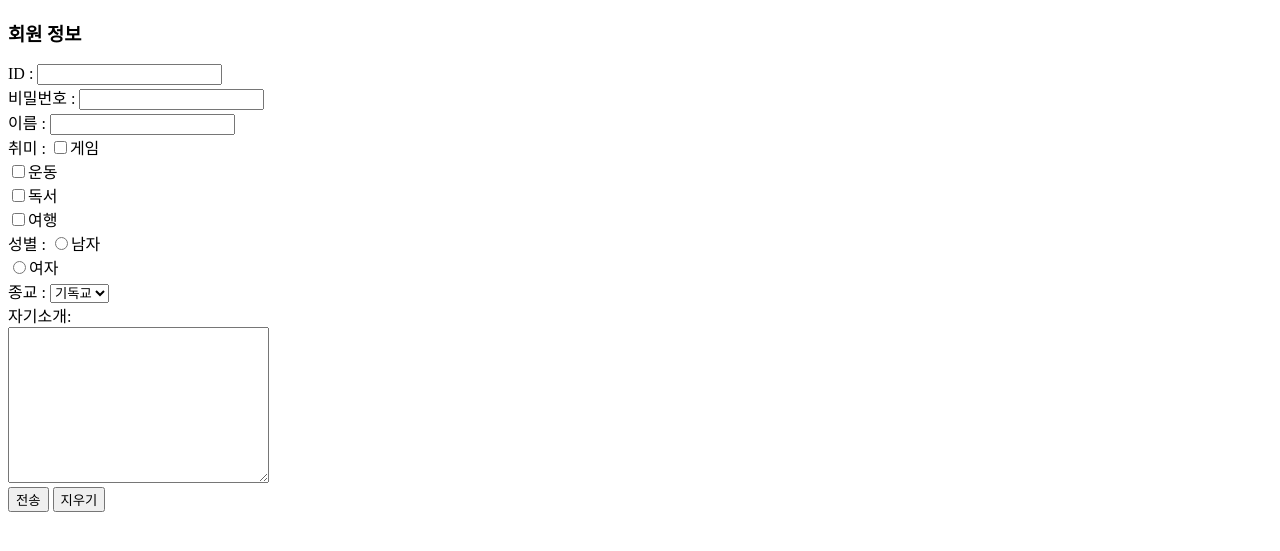
Repository: wo2jin/Sever
Page: Sever/Testweb10/WebContent/member.html
The author's editor kept a copy of each file at every save. The page is drawn from the files as they stood at one save, then again after the next save.
The browser window is 1280 px wide. The pictures show the whole page.

Above is the page before, as saved 2020-05-14 08:05:42.

### Sever/Testweb10/WebContent/member.html
<!DOCTYPE html>
<html>
<head>
<meta charset="UTF-8">
<title>Form Test</title>
</head>
<body>
	<h3>회원 정보</h3>
	<form action = "queryTest" method="get">
		ID : <input type= "text" name = "userId"><br>
		비밀번호 : <input type = "password" name = "userPwd"><br>
		이름 : <input type ="text" name ="name"><br>
		취미 :
			<input type="checkbox" name="hobby" value ="game">게임<br>
			<input type="checkbox" name="hobby" value ="sports">운동<br>
			<input type="checkbox" name="hobby" value ="reading">독서<br>
			<input type="checkbox" name="hobby" value ="trip">여행<br>
		성별 :
			<input type="radio" name="gender" value="male">남자<br>
			<input type="radio" name="gender" value="female">여자<br>
		종교 :
			<select name="religion">
				<option value ="Chrisitianty">기독교
				<option value ="Buddhism">기독교
				<option value ="Catholicism">기독교
				<option value ="atheism">기독교
			</select><br>
		자기소개:<br>
			<textarea cols="30" rows="10" name="introduction"></textarea><br>

		<input type="submit" value= "전송">
		<input type ="reset"  value = "지우기">

	</form>

</body>
</html>

After the next save:
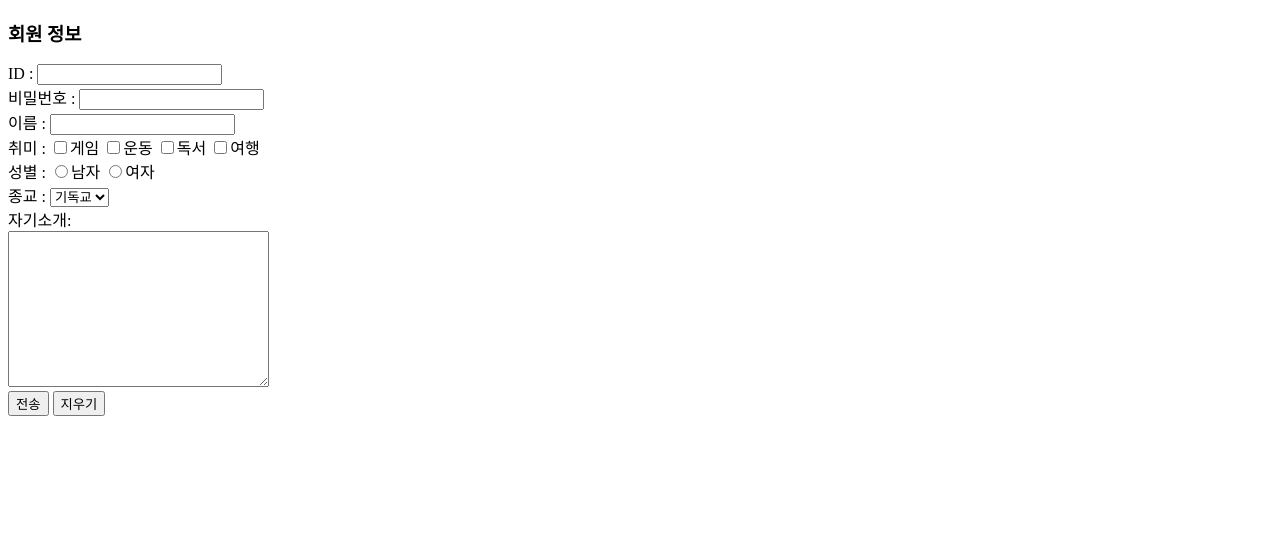
Saved 92 s later.
--- a/Sever/Testweb10/WebContent/member.html
+++ b/Sever/Testweb10/WebContent/member.html
@@ -11,19 +11,19 @@
 		비밀번호 : <input type = "password" name = "userPwd"><br>
 		이름 : <input type ="text" name ="name"><br>
 		취미 :
-			<input type="checkbox" name="hobby" value ="game">게임<br>
-			<input type="checkbox" name="hobby" value ="sports">운동<br>
-			<input type="checkbox" name="hobby" value ="reading">독서<br>
+			<input type="checkbox" name="hobby" value ="game">게임
+			<input type="checkbox" name="hobby" value ="sports">운동
+			<input type="checkbox" name="hobby" value ="reading">독서
 			<input type="checkbox" name="hobby" value ="trip">여행<br>
 		성별 :
-			<input type="radio" name="gender" value="male">남자<br>
+			<input type="radio" name="gender" value="male">남자
 			<input type="radio" name="gender" value="female">여자<br>
 		종교 :
 			<select name="religion">
 				<option value ="Chrisitianty">기독교
-				<option value ="Buddhism">기독교
-				<option value ="Catholicism">기독교
-				<option value ="atheism">기독교
+				<option value ="Buddhism">불교
+				<option value ="Catholicism">천주교
+				<option value ="atheism">무교
 			</select><br>
 		자기소개:<br>
 			<textarea cols="30" rows="10" name="introduction"></textarea><br>
